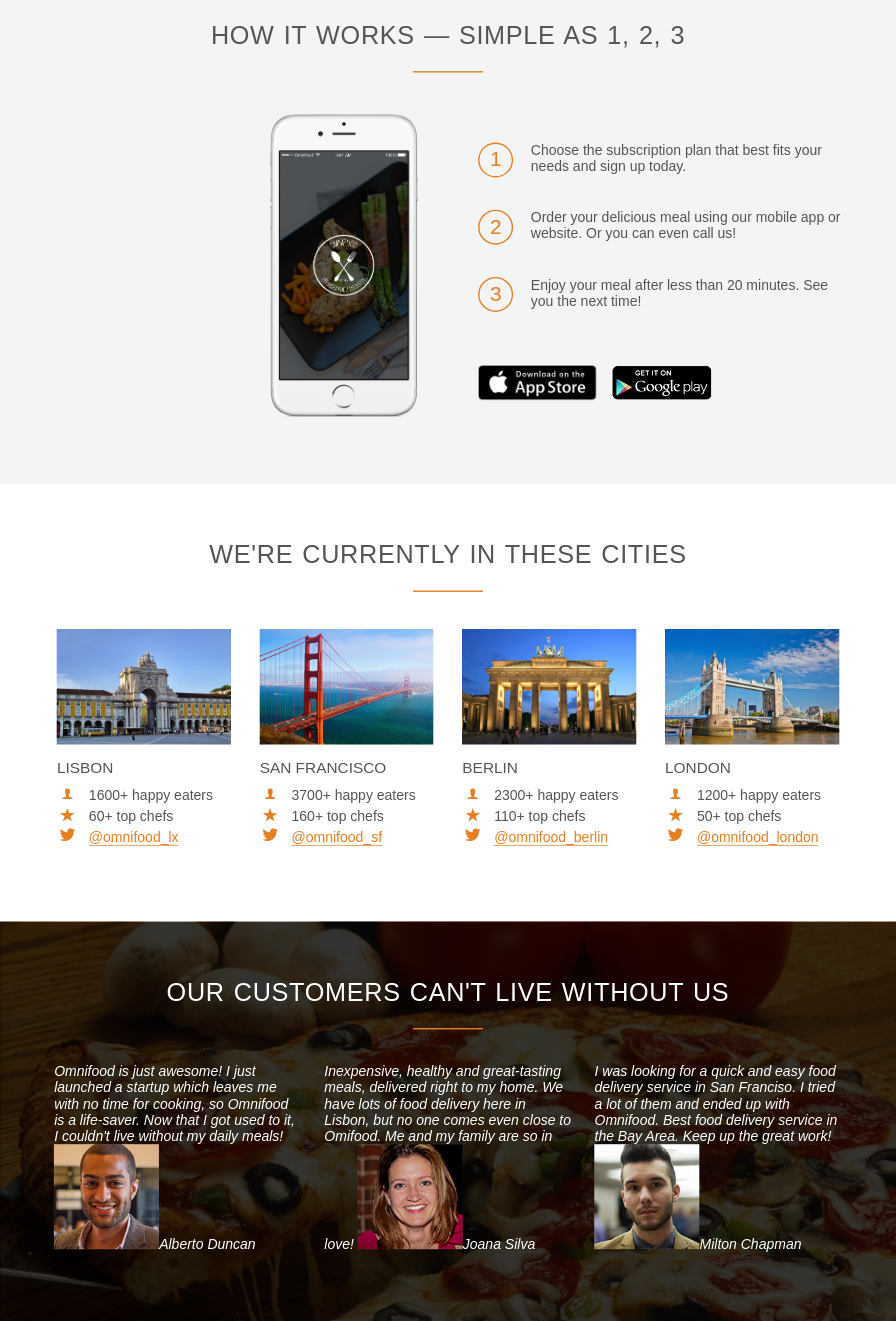
Repository: pboi18/E-Foods
Page: index.html
These files come from the project's save history. The page is drawn as it stood at one moment and after the next save; the edit follows.
The browser window is 1280 px wide. The pictures show the part of the page from y = 1972 to 3892 px (the page is 3859 px tall before and 3892 px after), at 70% of full size.
Backgrounds fixed to the window are drawn as part of the page.

Above is the page before, as saved 2020-07-13 18:03:55.

### index.html
<!DOCTYPE html>
<html lang="en">
   <head>
      <meta http-equiv="Content-Type" content="text/html;charset=UTF-8">
      <link rel="stylesheet" href="vendors/css/normalize.css">
      <link rel="stylesheet" href="vendors/css/7.1 Grid.css">
      <link rel="stylesheet" href="vendors/css/ionicons.min.css">
      <link rel="stylesheet" href="resources/css/style.css">
      <link href='http://fonts.googleapis.com/css?family=Lato:100,300,400,300italic' rel='stylesheet' type='text/css'>
      <title>Ominifoods</title>
   </head>

   <body>
      <header>
         <nav>
               <div class="row">
                  <img src="resources/img/logo-white.png" alt="Ominifood logo" class="logo">

                  <ul class="main-nav">
                     <li><a href="#">Food delivery</a></li>
                     <li><a href="#">How it works</a></li>
                     <li><a href="#">Our cities</a></li>
                     <li><a href="#">Sign up</a></li>
                  </ul>

               </div>
         </nav>
         <div class="hero-text-box">
               <h1>Goodbye junk food. <br> Hello super healthy meals.</h1>
               <a href="#" class="btn btn-full">I’m hungry </a>
               <a href="#" class="btn btn-ghost">Show me more </a>
         </div>

      </header>

      <section class="section-features">
         <div class="row">
               <h2>Get food fast &mdash; not fast food</h2>
               <p class="long-copy">
                  Hello, we’re Omnifood, your new premium food delivery service. We know you’re always busy. No time for cooking. So let us take care of that, we’re really good at it, we promise!
               </p>
         </div>

         <div class="row">
               <div class="col span-1-of-4 box">
                  <i class="ion-ios-infinite-outline icon-big"></i>
                  <h3>Up to 365 days/year</h3>
                  <p>
                     Never cook again! We
                     really mean that. Our subscription
                     plans include up to 365
                     days/year coverage. You can
                     also choose to order more
                     flexibly if that's your style.
                  </p>
               </div>

               <div class="col span-1-of-4 box">
                  <i class="ion-ios-stopwatch-outline icon-big"></i>
                  <h3>Ready in 20 minutes</h3>
                  <p>
                     You're only twenty minutes
                     away from your delicious and
                     super healthy meals delivered
                     right to your home. We work
                     with the best chefs in each
                     town to ensure that you're
                     100% happy.
                  </p>
               </div>

               <div class="col span-1-of-4 box">
                  <i class="ion-ios-nutrition-outline icon-big"></i>
                  <h3>100% organic</h3>
                  <p>
                     All our vegetables are fresh, organic and local. Animals are raised without added hormones or antibiotics. Good for your health, the environment, and it also tastes better!
                  </p>
               </div>

               <div class="col span-1-of-4 box">
                  <i class="ion-ios-cart-outline icon-big"></i>
                  <h3>Order anything</h3>
                  <p>
                     We don't limit your creativity, which means you can order whatever you feel like. You can also choose from our menu containing over 100 delicious meals. It's up to you!
                  </p>
               </div>
         </div>
      </section>

      <section class="section-meals">
         <ul class="meals-showcase clearfix">
               <li>
                  <figure class="meal-photo">
                     <img src="resources/img/1.jpg" alt="Korean bibimbap with egg and vegetables">
                  </figure>
               </li>
               <li>
                  <figure class="meal-photo">
                     <img src="resources/img/2.jpg" alt="Simple italian pizza with cherry tomatoes">
                  </figure>
               </li>
               <li>
                  <figure class="meal-photo">
                     <img src="resources/img/3.jpg" alt="Chicken breast steak with vegetables ">
                  </figure>
               </li>
               <li>
                  <figure class="meal-photo">
                     <img src="resources/img/4.jpg" alt="Autumn pumpkin soup">
                  </figure>
               </li>
         </ul>

         <ul class="meals-showcase clearfix">
               <li>
                  <figure class="meal-photo">
                     <img src="resources/img/5.jpg" alt="Paleo beef steak with vegetables">
                  </figure>
               </li>
               <li>
                  <figure class="meal-photo">
                     <img src="resources/img/6.jpg" alt="Healthy baguette with egg and vegetables">
                  </figure>
               </li>
               <li>
                  <figure class="meal-photo">
                     <img src="resources/img/7.jpg" alt="Burger with cheddar and bacon">
                  </figure>
               </li>
               <li>
                  <figure class="meal-photo">
                     <img src="resources/img/8.jpg" alt="Granola with cherries and strawberries">
                  </figure>
               </li>
         </ul>
      </section>

      <section class="section-steps">
         <div class="row">
               <h2>How it works &mdash; Simple as 1, 2, 3</h2>
         </div>
         <div class="row">
               <div class="col span-1-of-2 steps-box">
                  <img src="resources/img/app-iPhone.png" alt="Ominifood app on iphone" class="app-screen">
               </div>

               <div class="col span-1-of-2 steps-box">
                  <div class="works-step">
                     <div>1</div>
                     <p>Choose the subscription plan that best fits your needs and sign up today.</p>
                  </div>
                  <div class="works-step">
                     <div>2</div>
                     <p>Order your delicious meal using our mobile app or website. Or you can even call us!</p>
                  </div>
                  <div class="works-step">
                     <div>3</div>
                     <p>Enjoy your meal after less than 20 minutes. See you the next time!</p>
                  </div>

                  <a href="#" class="btn-app">
                     <img src="resources/img/download-app.png " alt="App Store Button">
                  </a>
                  <a href="#" class="btn-app" >
                     <img src="resources/img/download-app-android.png" alt="play Store Button">
                  </a>

               </div>
         </div>
      </section>


      <section class="section-cities">
         <div class="row">
            <h2>
               We're currently in these cities
            </h2>
         </div>

         <div class="row">
            <div class="col span-1-of-4 box">
               <img src="resources/img/lisbon-3.jpg" alt="Lisbon">
               <h3>Lisbon</h3>
               <div class="city-feature">
                  <i class="ion-ios-person icon-small"></i>
                  1600+ happy eaters
               </div>
               <div class="city-feature">
                  <i class="ion-ios-star icon-small"></i>
                  60+ top chefs
               </div>
               <div class="city-feature">
                  <i class="ion-social-twitter icon-small"></i>
                  <a href="#">@omnifood_lx</a>
               </div>
            </div>

            <div class="col span-1-of-4 box">
               <img src="resources/img/san-francisco.jpg" alt="San Francisco">
               <h3>San Francisco</h3>
               <div class="city-feature">
                  <i class="ion-ios-person icon-small"></i>
                  3700+ happy eaters
               </div>
               <div class="city-feature">
                  <i class="ion-ios-star icon-small"></i>
                  160+ top chefs
               </div>
               <div class="city-feature">
                  <i class="ion-social-twitter icon-small"></i>
                  <a href="#">@omnifood_sf</a>
               </div>
            </div>

            <div class="col span-1-of-4 box">
               <img src="resources/img/berlin.jpg" alt="Berlin">
               <h3>Berlin</h3>
               <div class="city-feature">
                  <i class="ion-ios-person icon-small"></i>
                  2300+ happy eaters
               </div>
               <div class="city-feature">
                  <i class="ion-ios-star icon-small"></i>
                  110+ top chefs
               </div>
               <div class="city-feature">
                  <i class="ion-social-twitter icon-small"></i>
                  <a href="#">@omnifood_berlin</a>
               </div>
            </div>

            <div class="col span-1-of-4 box">
               <img src="resources/img/london.jpg" alt="London">
               <h3>London</h3>
               <div class="city-feature">
                  <i class="ion-ios-person icon-small"></i>
                  1200+ happy eaters
               </div>
               <div class="city-feature">
                  <i class="ion-ios-star icon-small"></i>
                  50+ top chefs
               </div>
               <div class="city-feature">
                  <i class="ion-social-twitter icon-small"></i>
                  <a href="#">@omnifood_london</a>
               </div>
            </div>
         </div>


      </section>

      <section class="section-testimonials">
         <div class="row">
            <h2>Our customers can't live without us</h2>
         </div>

         <div class="row">
            <div class="col span-1-of-3">
               <blockquote>
                  Omnifood is just awesome! I just launched a startup which leaves me with no time for cooking, so Omnifood is a life-saver. Now that I got used to it, I couldn't live without my daily meals!
                  <cite><img src="resources/img/customer-1.jpg" alt="">Alberto Duncan</cite>
               </blockquote>
            </div>

            <div class="col span-1-of-3">
               <blockquote>
                  Inexpensive, healthy and great-tasting meals, delivered right to my home. We have lots of food delivery here in Lisbon, but no one comes even close to Omifood. Me and my family are so in love!
                  <cite><img src="resources/img/customer-2.jpg" alt="">Joana Silva</cite>
               </blockquote>
            </div>

            <div class="col span-1-of-3">
               <blockquote>
                  I was looking for a quick and easy food delivery service in San Franciso. I tried a lot of them and ended up with Omnifood. Best food delivery service in the Bay Area. Keep up the great work!
                  <cite><img src="resources/img/customer-3.jpg" alt="">Milton Chapman</cite>
               </blockquote>
            </div>
         </div>
      </section>
   </body>


</html>

### resources/css/style.css
/*  --------------------------- */
/*  BASIC SETUP */
/*  --------------------------- */

* {
    margin: 0;
    padding: 0;
    box-sizing: border-box;
}

html {
    background-color: #fff;
    color: #555;
    font-family: Arial, Helvetica, sans-serif,'Lato';
    font-weight: 300;
    font-size: 20px;
    text-rendering: optimizeLegibility;
}

.clearfix { zoom: 1;}
.clearfix::after {
    content: ".";
    clear: both;
    display: block;
    height: 0;
    visibility: hidden;
}

/*  --------------------------- */
/*  REUSEABLE COMPONENTS */
/*  --------------------------- */


.row {
    max-width: 1140px;
    margin: 0 auto;
}

section {
    padding: 80px 0;
}

.box {
    padding: 1%;
}



/*  --------------------------- */
/*  HEADINGS */
/*  --------------------------- */

h1,
h2,
h3 {

    font-weight: 300;
    text-transform: uppercase;
}

h1 {
    margin-top: 0;
    margin-bottom: 20px;
    color: #fff;
    font-size: 240%;
    word-spacing: 4px;
    letter-spacing: 1px;
}

h2 {
    font-size: 180%;
    word-spacing: 2px;
    text-align: center;
    margin-bottom: 30px;
    letter-spacing: 1px;
}

h3 {
    font-size: 110%;
    margin-bottom: 15px;
}

h2:after {
    display: block;
    height: 2px;
    background-color: #e67e22;
    content: " ";
    width: 100px;
    margin: 0 auto;
    margin-top: 30px;
}


/*  --------------------------- */
/*  paragraps*/
/*  --------------------------- */


.long-copy {
    line-height: 145%;
    width: 70%;
    margin-left: 15%;
}

.box p {
    font-size: 90%;
    line-height: 145%;
}


/*  --------------------------- */
/*  ICONS */
/*  --------------------------- */

.icon-big {
    font-size: 350%;
    display: block;
    color: #e67e22;
    margin-bottom: 10px;
}

.icon-small {
    display: inline-block;
    width: 30px;
    text-align: center;
    color: #e67e22;
    font-size: 120%;
    margin-right: 10px;
    /* secrets to align text and icon */
    line-height: 120%;
    vertical-align: middle;
    margin-top: -5px;
}

/*  --------------------------- */
/*  LINKS */
/*  --------------------------- */

a:link,
a:visited{
    color: #e67e22;
    text-decoration: none;
    padding-bottom: 1px;
    border-bottom: 1px solid #e67e22;
    transition: all 0.2s;
}

a:hover,
a:active {
    color: #555;
    border-bottom:  1px solid transparent;
}

/*  --------------------------- */
/*  BUTTONS */
/*  --------------------------- */

.btn:link,
.btn:visited {
    display: inline-block;
    padding: 10px 30px;
    font-weight: 300;
    text-decoration: none;
    border-radius: 200px;
    transition: all 0.2s;
}


.btn-full:link,
.btn-full:visited {
    background-color: #e67e22;
    border: 1px solid #e67e22;
    color: #fff;
    margin-right: 15px;
}

.btn-ghost:link,
.btn-ghost:visited {
    border: 1px solid #e67e22;
    color: #e67e22;
}

.btn:hover,
.btn:active {
    background-color: #cf6d17;
}


.btn-full:hover,
.btn-full:active {
    border: 1px solid #cf6d17;
}

.btn-ghost:hover,
.btn-ghost:active {
    border: 1px solid #e67e22;
    color: #fff;
}

/*  --------------------------- */
/*  HEADER */
/*  --------------------------- */

header {
    background-image: linear-gradient(rgba(0, 0, 0, 0.7), rgba(0, 0, 0, 0.7)), url(img/hero.jpg);
    background-size: cover;
    background-position: center;
    height: 100vh;
    background-attachment: fixed;
}


.hero-text-box {
    position: absolute;
    width: 1140px;
    top: 50%;
    left: 50%;
    transform: translate(-50%, -50%);
}

.logo {
    height: 100px;
    width: auto;
    float: left;
    margin-top: 20px;
}

.main-nav {
    float: right;
    list-style: none;
    margin-top: 55px;
}

.main-nav li {
    display: inline-block;
    margin-left: 40px;
}

.main-nav li a:link,
.main-nav li a:visited {
    padding: 5px 0px;
    color: #fff;
    text-decoration: none;
    text-transform: uppercase;
    font-size: 90%;
    border-bottom: 2px solid transparent;
    transition: all 0.2s;

}
.main-nav li a:hover,
.main-nav li a:active {
    border-bottom: 2px solid #e67e22;
}

/*  --------------------------- */
/*  MEALS */
/*  --------------------------- */

.section-features .long-copy {
    margin-bottom: 30px;
}


/*  --------------------------- */
/*  MEALS */
/*  --------------------------- */

.section-meals {
    padding: 0;

}

.meals-showcase {
    list-style: none;
    width: 100%;

}

.meals-showcase li {
    display: block;
    float: left;
    width: 25%;
}

.meal-photo {
    width: 100%;
    margin: 0;
    overflow: hidden;
    background-color:#000;
}

.meal-photo img {
    width: 100%;
    height: auto;
    transform: scale(1.03);
    opacity: 0.7;
    transition: all 0.5s;
}


.meal-photo img:hover {
    opacity: 1;
    transform: scale(1.15);
}

/*  --------------------------- */
/*  HOW IT WORKS */
/*  --------------------------- */

.section-steps {
    background-color: #f4f4f4;
}

.steps-box:first-child {
    text-align: right;
    padding-right: 3%;
    margin-top: 30px;
}


.steps-box:last-child {
    padding-left: 3%;
    margin-top: 70px;
}

.app-screen {
    width: 40%;
}


.works-step {
    margin-bottom: 50px;
}

.works-step:last-of-type {
    margin-bottom: 80px;
}

.works-step div {
    color: #e67e22;
    border: 2px solid #e67e22;
    display: inline-block;
    border-radius: 50%;
    width: 50px;
    height: 50px;
    text-align: center;
    padding: 5px;
    float: left;
    font-size: 150%;
    margin-right: 25px;
}

.btn-app:link,
.btn-app:visited {
    border: none;
}

.btn-app img {
    height: 50px;
    width: auto;
    margin-right: 16px;
}

/*  --------------------------- */
/*  CITIES*/
/*  --------------------------- */

.box img {
    width: 100%;
    height: auto;
    margin-bottom: 15px;
}


.city-feature {
    margin-bottom: 5px;
}

/*  --------------------------- */
/*  TESTIMONISE */
/*  --------------------------- */


.section-testimonials {
    background-image: linear-gradient(rgba(0, 0, 0, 0.8), rgba(0, 0, 0, 0.8)), url(img/back-customers.jpg);
    background-size: cover;
    color: #fff;
    background-attachment: fixed;
}

blockquote {
    padding: 2%;
    font-style: italic;
}

Loaded but not shown: vendors/css/normalize.css (library); vendors/css/7.1 Grid.css (library); vendors/css/ionicons.min.css (library)

After the next save:
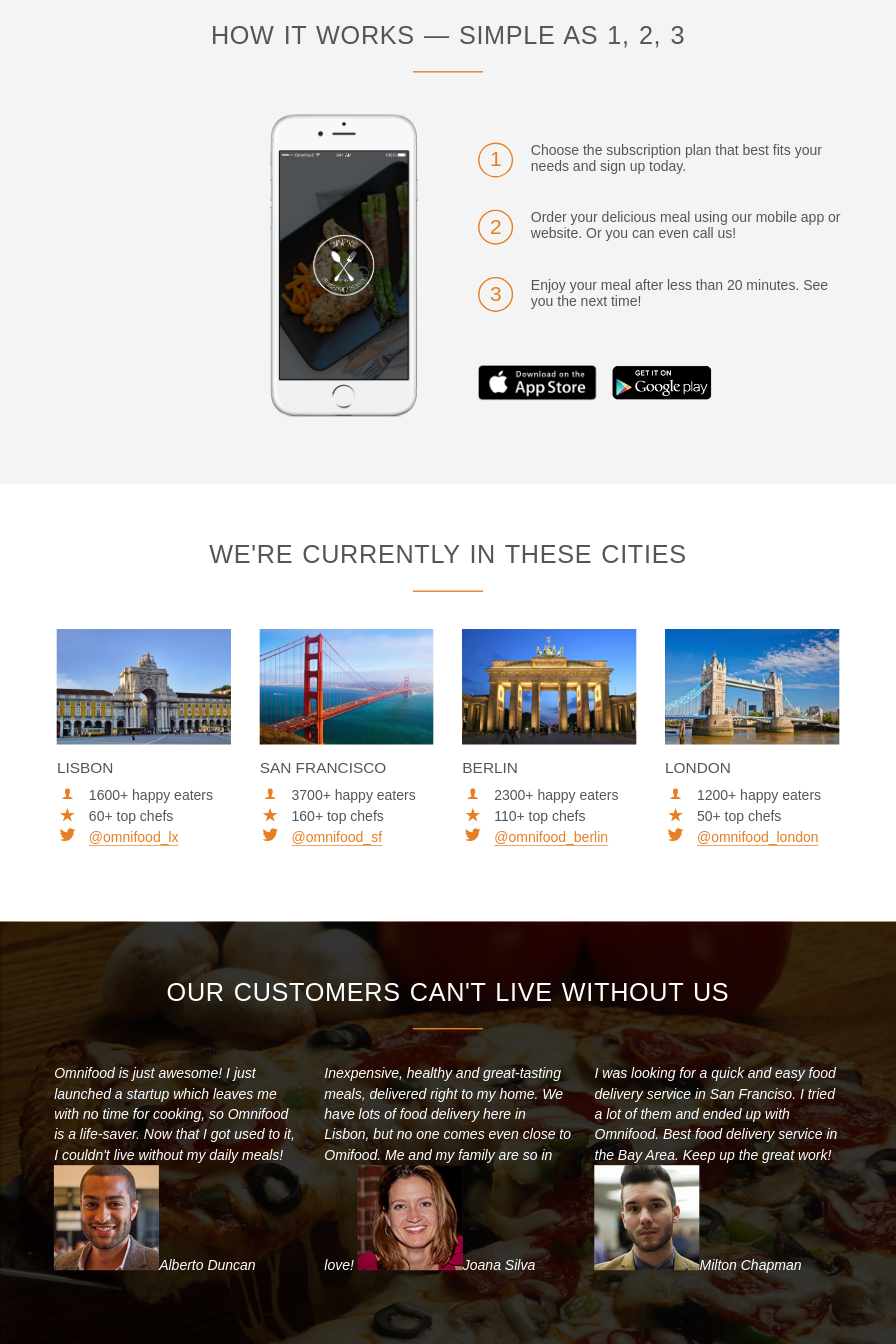
Saved 25 s later.
--- a/resources/css/style.css
+++ b/resources/css/style.css
@@ -391,4 +391,5 @@ header {
 blockquote {
     padding: 2%;
     font-style: italic;
-}
+    line-height: 145%;
+}
